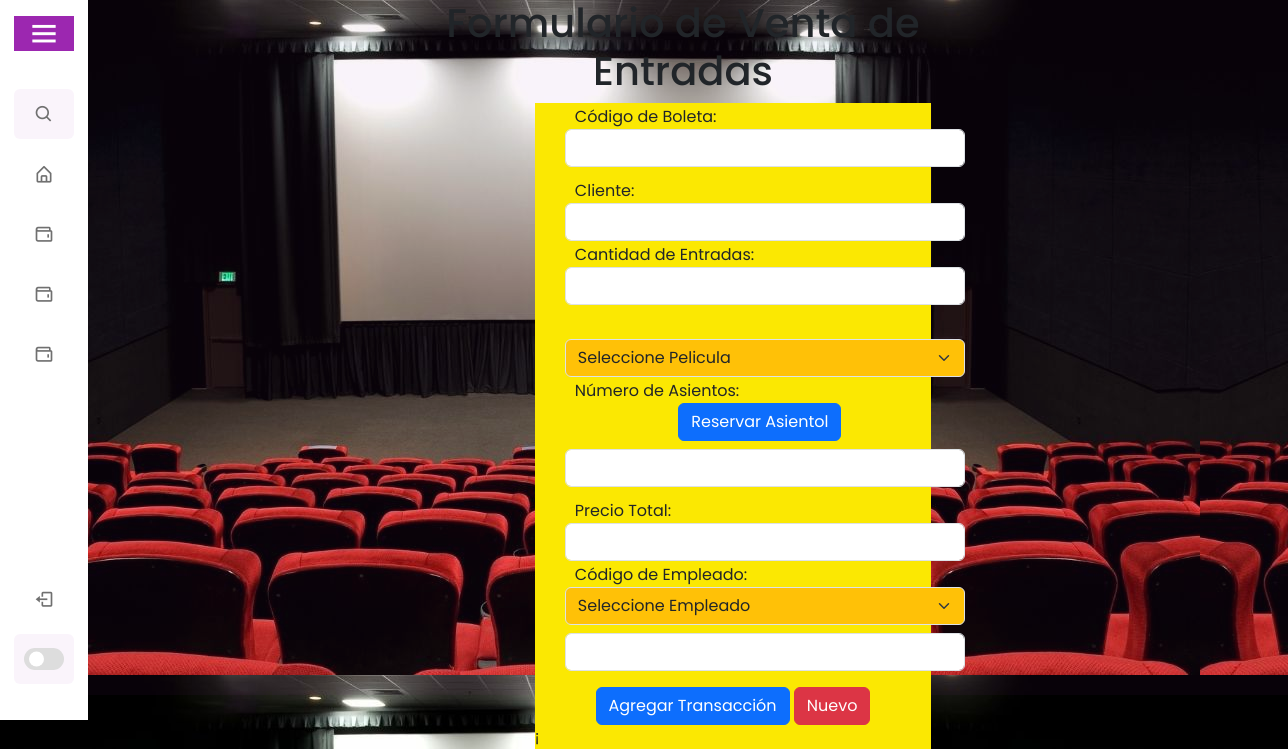
Repository: JersonRLP/ProyectoWebJSP
Page: http://localhost/CineHome/FrmRegistrarBoleta.jsp
The author's editor kept a copy of each file at every save. The page is drawn from the files as they stood at one save, then again after the next save.
The browser window is 1280 px wide. The page is 1288 px wide, so the pictures cover 1288 px, including what lies to the right of the window. The pictures show the whole page.
The page is served by Tomcat 9. The template is opened directly, without the code that normally fills it, so the values that code supplies are empty.

Above is the page before, as saved 2024-10-31 16:31:20.

After the next save:
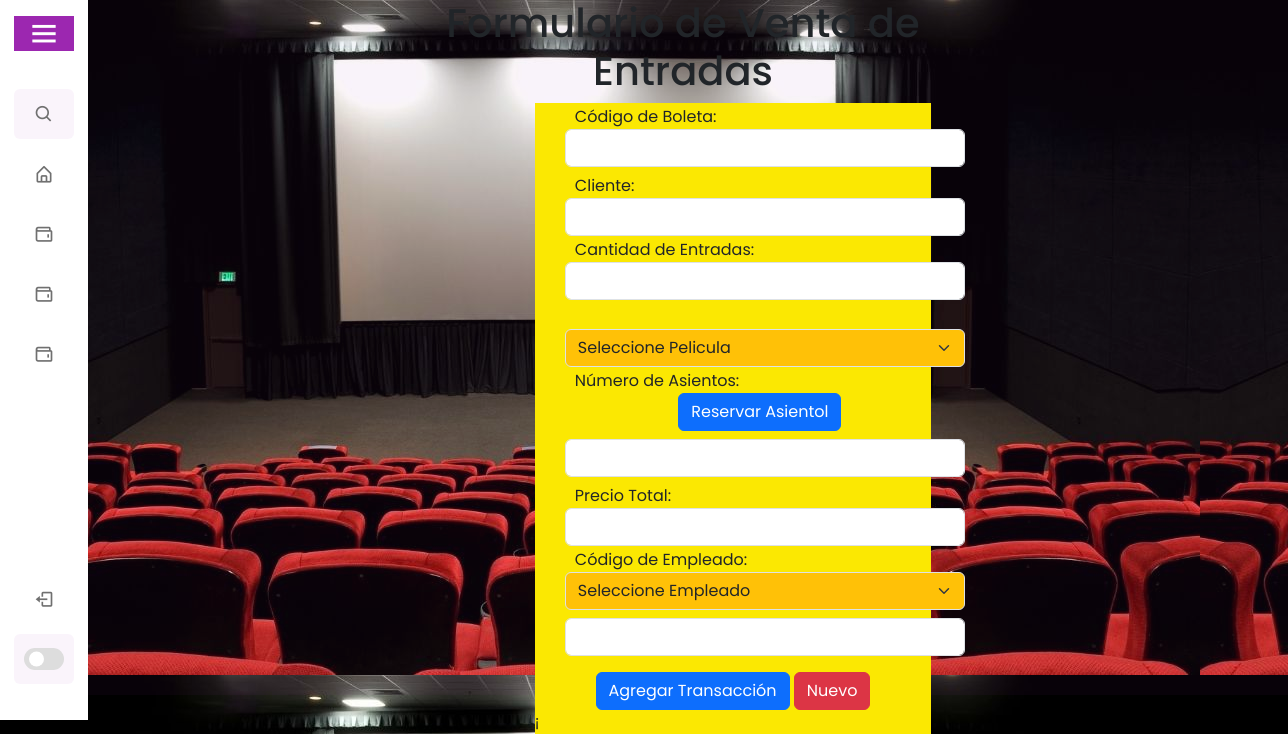
Saved 4 s later.
--- a/CineHome/WebContent/FrmRegistrarBoleta.jsp
+++ b/CineHome/WebContent/FrmRegistrarBoleta.jsp
@@ -114,6 +114,48 @@
         </div>
     </div>
 </div>
+<style>
+.custom-modal {
+    background-image: url('imagenes/fondocine.jpg');
+    display: flex;
+    align-items: center;
+    justify-content: center;
+    flex-direction: column;
+    height: 100vh;
+}
+
+.custom-seat-info {
+    margin-top: 20px;
+    color: white;
+}
+
+.custom-reserve-button {
+    margin-top: 20px;
+    padding: 10px;
+    font-size: 16px;
+    cursor: pointer;
+}
+.seat {
+    width: 40px; /* Ajusta el ancho según sea necesario */
+    height: 40px; /* Ajusta la altura según sea necesario */
+    background-color: #bdc3c7;
+    cursor: pointer;
+    border-radius: 5px;
+    margin: 5px; /* Agregamos un pequeño margen entre los asientos para mejorar la apariencia */
+    display: flex;
+    align-items: center;
+    justify-content: center;
+    font-size: 12px; /* Ajusta el tamaño de la letra según sea necesario */
+    font-weight: bold;
+    transition: background-color 0.3s ease;
+}
+
+.row {
+    display: flex;
+    gap: 5px; /* Reducimos el espacio entre los asientos para mejorar la apariencia */
+}
+
+</style>
 
 
     <script>

After the save that followed:
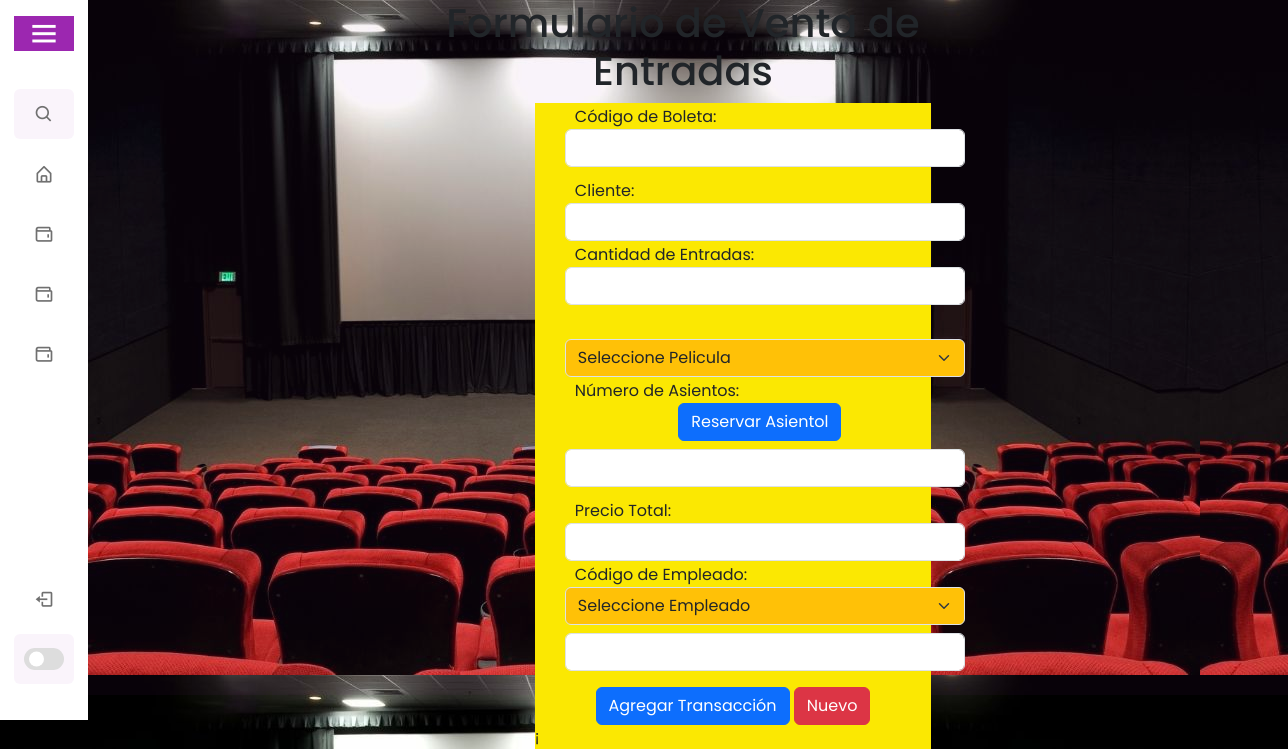
Saved 39 s later.
--- a/CineHome/WebContent/FrmRegistrarBoleta.jsp
+++ b/CineHome/WebContent/FrmRegistrarBoleta.jsp
@@ -114,48 +114,7 @@
         </div>
     </div>
 </div>
-<style>
-.custom-modal {
-    background-image: url('imagenes/fondocine.jpg');
-    display: flex;
-    align-items: center;
-    justify-content: center;
-    flex-direction: column;
-    height: 100vh;
-}
 
-.custom-seat-info {
-    margin-top: 20px;
-    color: white;
-}
-
-.custom-reserve-button {
-    margin-top: 20px;
-    padding: 10px;
-    font-size: 16px;
-    cursor: pointer;
-}
-.seat {
-    width: 40px; /* Ajusta el ancho según sea necesario */
-    height: 40px; /* Ajusta la altura según sea necesario */
-    background-color: #bdc3c7;
-    cursor: pointer;
-    border-radius: 5px;
-    margin: 5px; /* Agregamos un pequeño margen entre los asientos para mejorar la apariencia */
-    display: flex;
-    align-items: center;
-    justify-content: center;
-    font-size: 12px; /* Ajusta el tamaño de la letra según sea necesario */
-    font-weight: bold;
-    transition: background-color 0.3s ease;
-}
-
-.row {
-    display: flex;
-    gap: 5px; /* Reducimos el espacio entre los asientos para mejorar la apariencia */
-}
-
-</style>
 
 
     <script>
